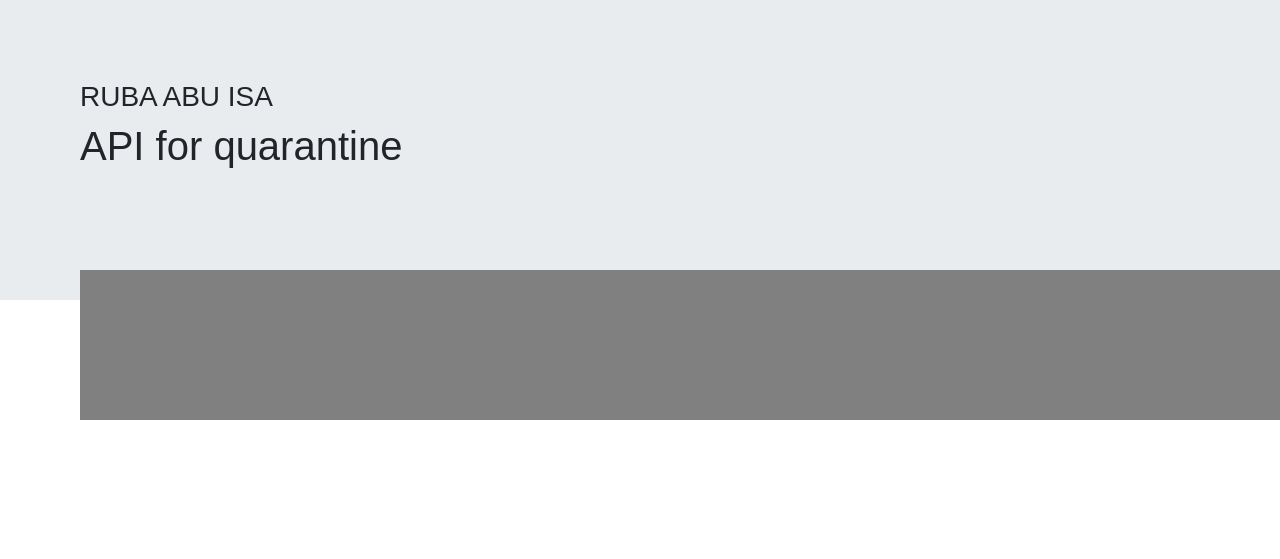
Repository: rubaabu/Fullstack-bitberry
Page: server/index.html
An editor plug-in stored every save of this project. The page is shown before and after the next save, followed by the edit.
The browser window is 1280 px wide. The pictures show the whole page.

Above is the page before, as saved 2020-04-02 15:54:22.

After the next save:
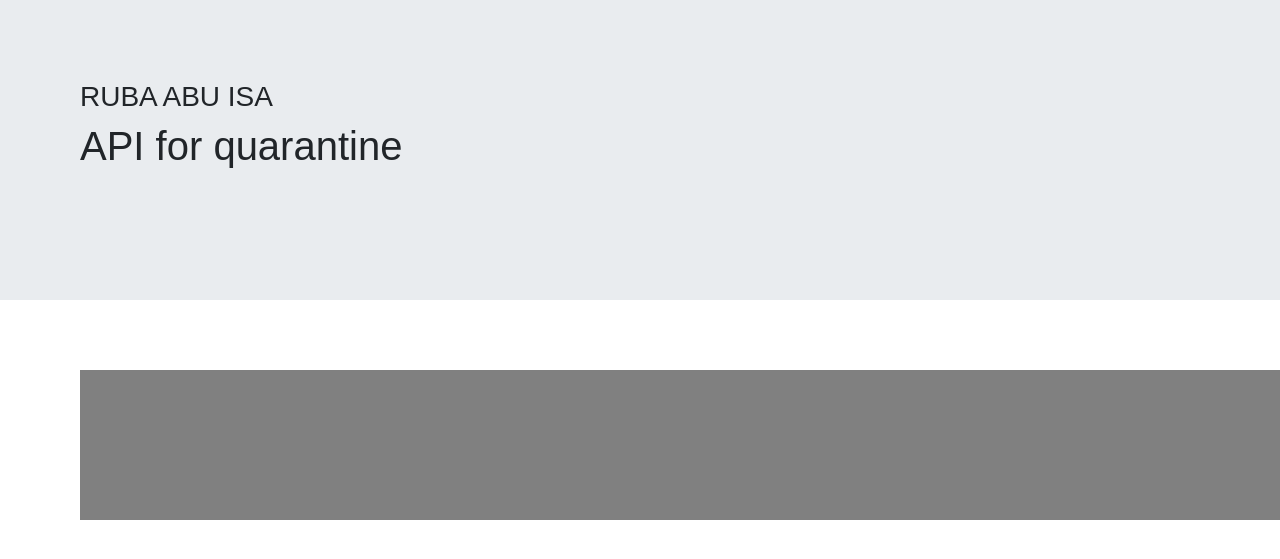
Saved 4 s later.
--- a/server/style.css
+++ b/server/style.css
@@ -6,7 +6,7 @@
 }
 header .header-top .header {
     font-family: sans-serif;
-    margin-bottom: 100px;
+    margin-bottom: 200px;
 
 }
 

After the save that followed:
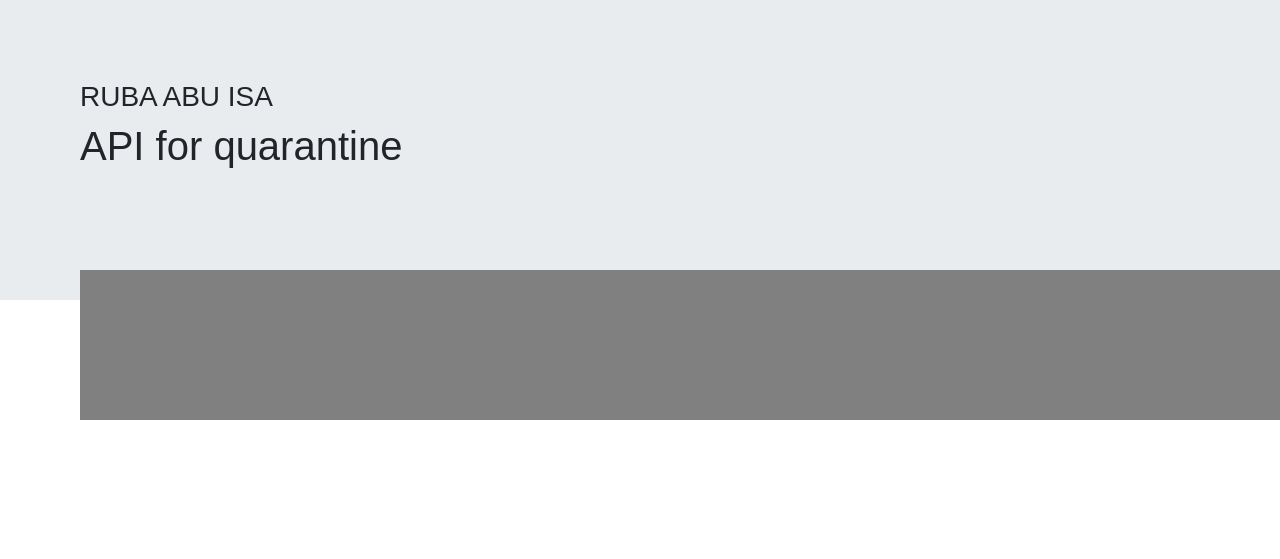
Saved 4 s later.
--- a/server/style.css
+++ b/server/style.css
@@ -6,7 +6,7 @@
 }
 header .header-top .header {
     font-family: sans-serif;
-    margin-bottom: 200px;
+    margin-bottom: 100px;
 
 }
 
